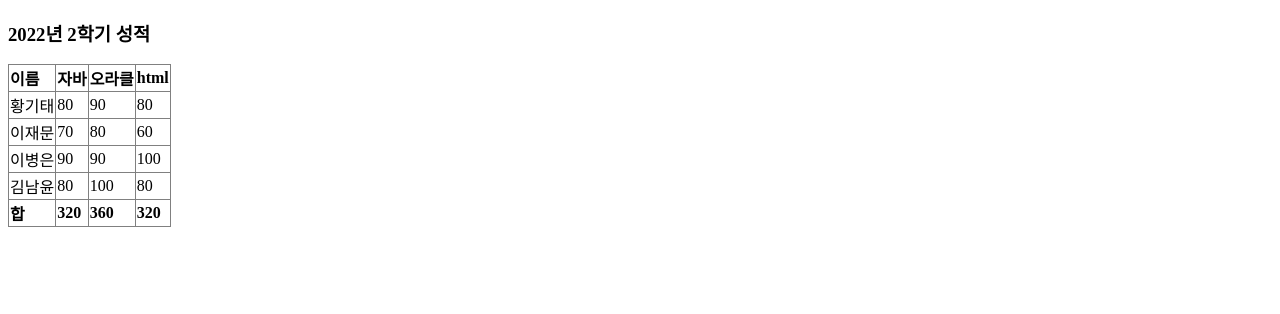
Repository: buildadoor/eclipse
Page: frontWeb/src/main/webapp/a05_cssHigh/a12_table.html
An editor plug-in stored every save of this project. The page is shown before and after the next save, followed by the edit.
The browser window is 1280 px wide. The pictures show the whole page.

Above is the page before, as saved 2022-11-10 06:16:25.

### frontWeb/src/main/webapp/a05_cssHigh/a12_table.html
<!DOCTYPE html>
<html>
<head>
<meta charset="UTF-8">
<title>Insert title here</title>
<style type="text/css">
/*
# css3를 표 꾸미기
1. 적용 주요 옵션
	1) border: 표 테두리, border-bottom : 하단의 테두리 설정.
	2) border-collapse:collapse; 중복된 테두리 합치기
	3) height/width : th/td의 폭과 넓이 개별적 조정
	4) padding : 여백설정
	5) text-align: td 안에 정렬 처리
	6) nt-child(even) : 짝수 행 단위 처리
	7) tr:hover : 마우스커서 이동시 처리
*/
	table{
		border-collapse:collapse;
	}
	th,td{
		text-align:left;
	}
</style>
</head>
<body>
	<h3>2022년 2학기 성적</h3>
	<table border>
		<thead>
			<tr><th>이름</th><th>자바</th><th>오라클</th><th>html</th></tr>
		</thead>
		<tbody>
			<tr><td>황기태</td><td>80</td><td>90</td><td>80</td></tr>
			<tr><td>이재문</td><td>70</td><td>80</td><td>60</td></tr>
			<tr><td>이병은</td><td>90</td><td>90</td><td>100</td></tr>
			<tr><td>김남윤</td><td>80</td><td>100</td><td>80</td></tr>
		</tbody>
		<tfoot>
			<tr><th>합</th><th>320</th><th>360</th><th>320</th></tr>
		</tfoot>
	</table>

</body>
</html>

After the next save:
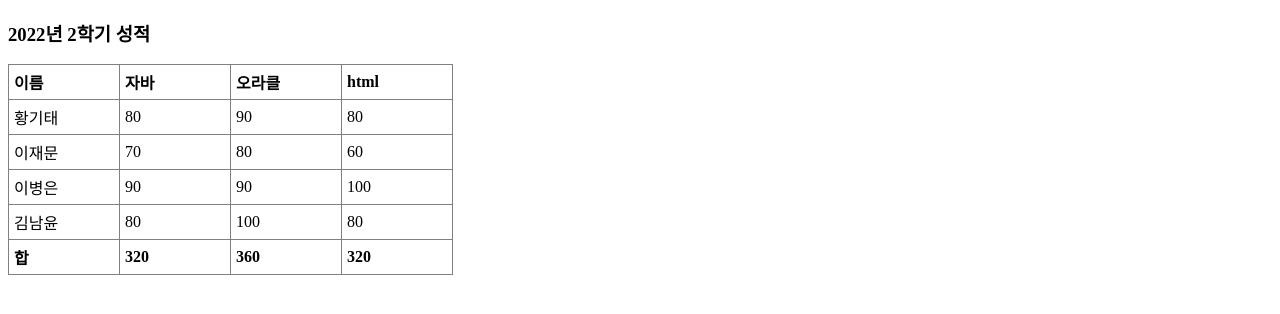
Saved 15 s later.
--- a/frontWeb/src/main/webapp/a05_cssHigh/a12_table.html
+++ b/frontWeb/src/main/webapp/a05_cssHigh/a12_table.html
@@ -20,6 +20,9 @@
 	}
 	th,td{
 		text-align:left;
+		padding:5px;
+		height:15px;
+		width:100px;
 	}
 </style>
 </head>
